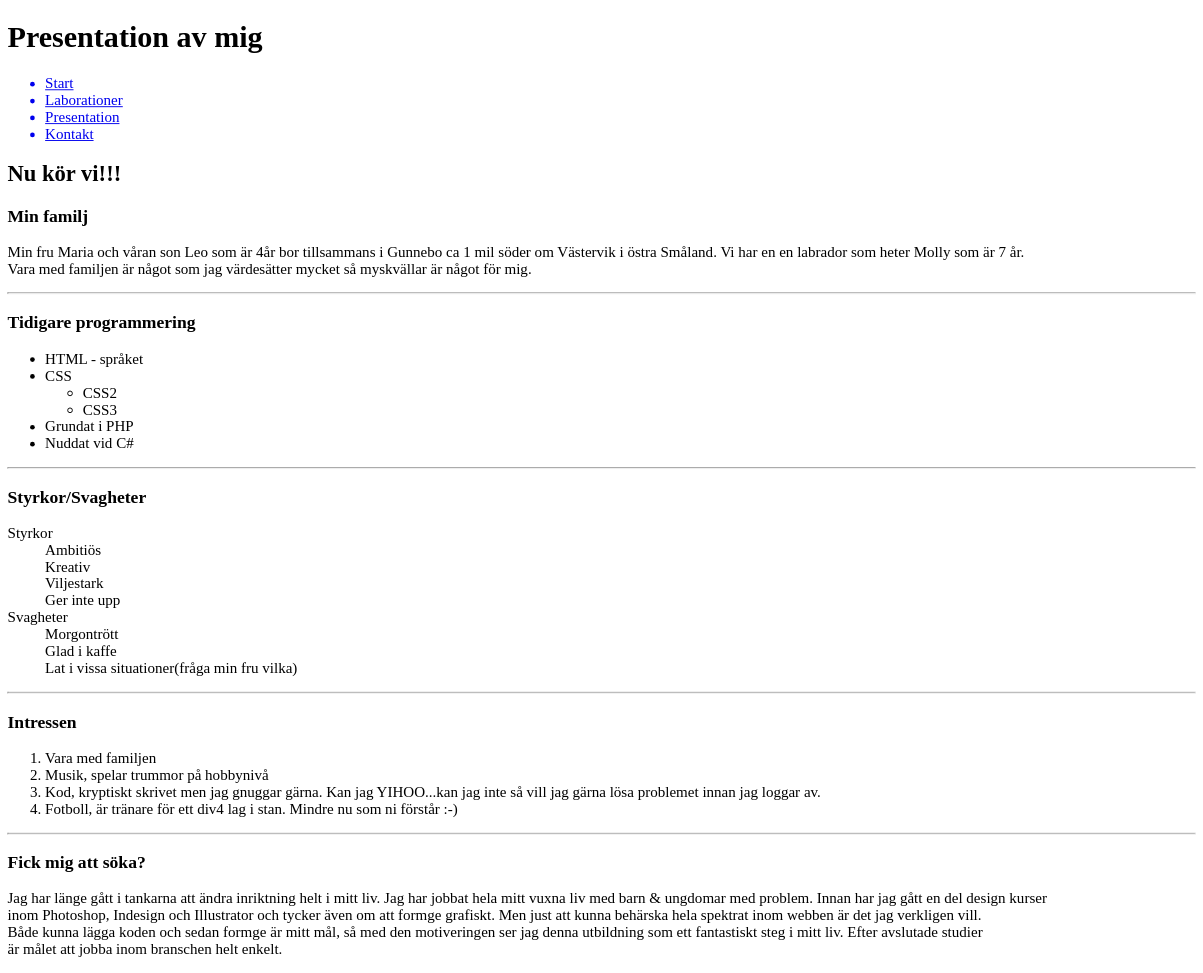
Repository: jt222ia/1ik415-jt222ia-laborationer
Page: pages/presentation.html
The author's editor kept a record of every edit. The page is drawn from the files as they stood at one moment, then again after the next edit.
The browser window is 1280 px wide. The pictures show the whole page, at 94% of full size.

Above is the page before.

After the next edit:
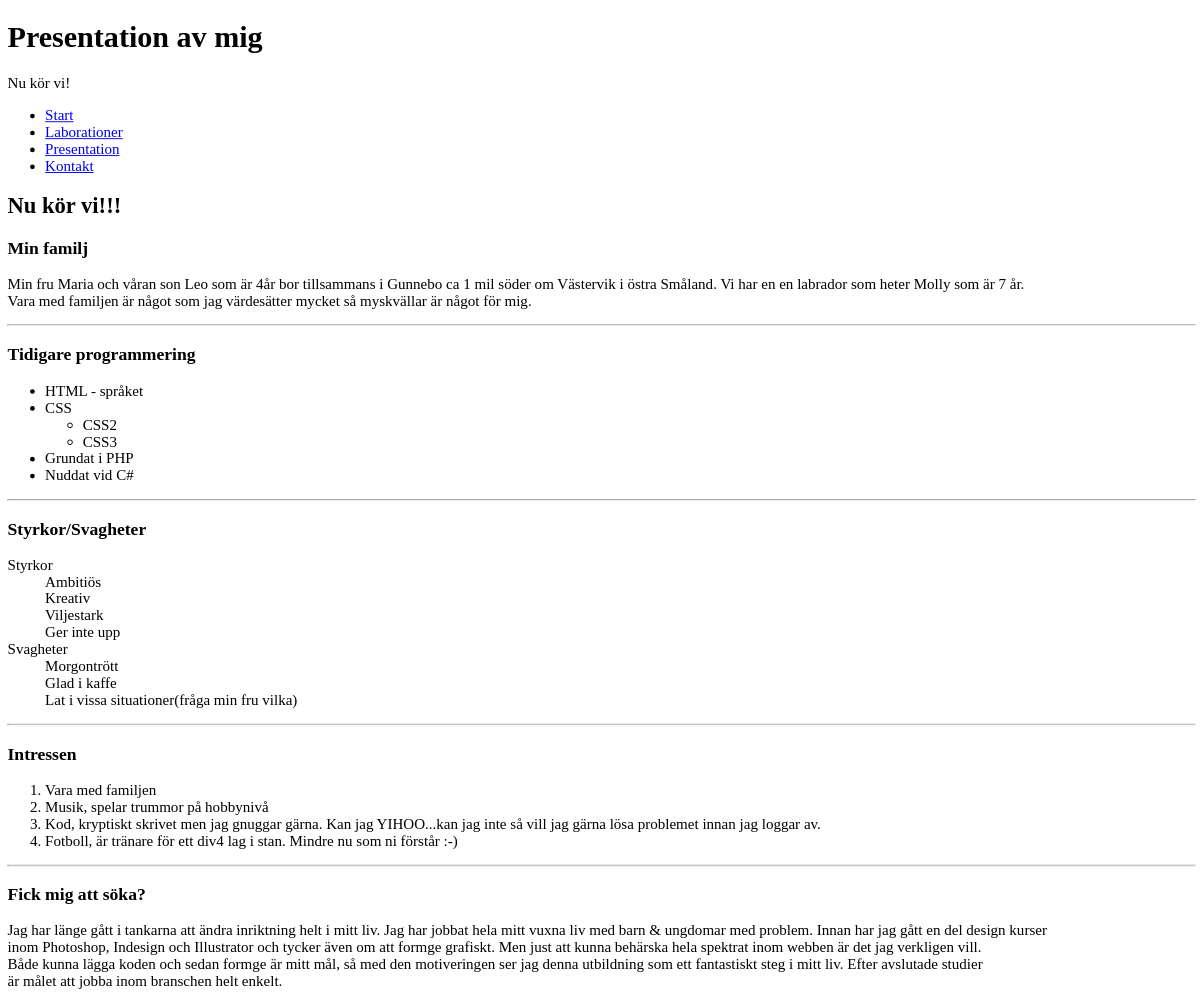
The edit:
--- a/pages/presentation.html
+++ b/pages/presentation.html
@@ -10,13 +10,14 @@
     <!-- Nu börjar jag presentationen av mig :-) -->
 
     <h1>Presentation av mig</h1>
+        <span>Nu kör vi!</span>
 
-         <ul>
-                    <a href="index.html"><li>Start</li></a>
-                    <a href="laborationer.html"><li>Laborationer</li></a>
-                    <a href="presentation.html"><li>Presentation</li></a>
-                    <a href="kontakt.html"><li>Kontakt</li></a>
-                </ul>
+            <ul>
+               <li><a href="../index.html">Start</a></li>
+               <li><a href="laborationer.html">Laborationer</a></li>
+               <li><a href="presentation.html">Presentation</a></li>
+               <li><a href="kontakt.html">Kontakt</a></li>
+            </ul>
 
         <h2>Nu kör vi!!!</h2>
 
